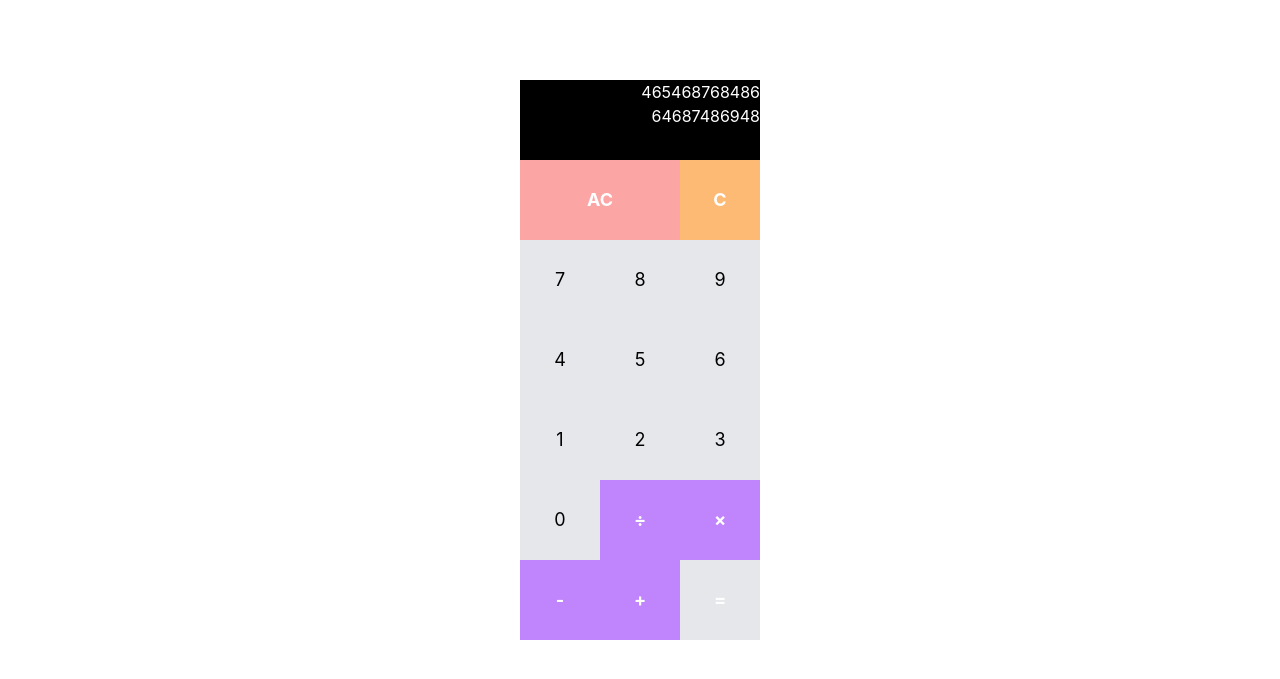
Repository: BrianPhamDev/calculator_app
Page: /
An editor plug-in stored every save of this project. The page is shown before and after the next save, followed by the edit.
The browser window is 1280 px wide. The pictures show the whole page.
The project was rebuilt for these pictures with package versions that can differ from the ones it lists, and the page was loaded fresh each time. Also part of the build but not shown: vite.config.js.

Above is the page before, as saved 2024-01-09 14:38:50.

### src/App.jsx
import Calculator from "./components/Calculator";

function App() {
  return (
    <>
      <div className="flex items-center justify-center w-screen h-screen">
        <Calculator></Calculator>
      </div>
    </>
  );
}

export default App;

### src/components/Calculator.jsx
import { calculatorButtons } from "../globals/calculator-button-data";
import { useState } from "react";

const Calculator = () => {
  const specialTypes = {
    operator: "bg-purple-400 hover:bg-purple-300 text-white font-bold",
    enter: "bg-blue-400 hover:bg-blue-300 text-white font-bold",
  };
  const specialClasses = {
    ac: "col-span-2 w-40 bg-red-300 text-white font-bold hover:bg-red-400",
    c: "bg-orange-300 text-white font-bold hover:bg-orange-400",
  };

  const [display, setDisplay] = useState();

  return (
    <div className="">
      <div className="w-60 h-20 bg-black text-white flex flex-col items-end">
        <div className="previous">465468768486</div>
        <div className="current">64687486948</div>
      </div>

      <div className="grid grid-cols-3">
        {calculatorButtons.map((button) => {
          return (
            <div
              key={button.className}
              className={`bg-gray-200 flex items-center justify-center w-20 h-20 hover:bg-slate-300 text-lg  ${
                specialClasses[button.className] || ""
              }
              ${specialTypes[button.type] || ""}`}
            >
              {button.text}
            </div>
          );
        })}
      </div>
    </div>
  );
};

export default Calculator;

### src/globals/calculator-button-data.js
export const calculatorButtons = [
  {
    type: "clear",
    className: "ac",
    text: "AC",
    value: "All Clear",
  },
  {
    type: "clear",
    className: "c",
    text: "C",
    value: "Clear",
  },
  {
    type: "number",
    className: "seven",
    text: 7,
    value: 7,
  },
  {
    type: "number",
    className: "eight",
    text: 8,
    value: 8,
  },
  {
    type: "number",
    className: "nine",
    text: 9,
    value: 9,
  },

  {
    type: "number",
    className: "four",
    text: 4,
    value: 4,
  },
  {
    type: "number",
    className: "five",
    text: 5,
    value: 5,
  },
  {
    type: "number",
    className: "six",
    text: 6,
    value: 6,
  },

  {
    type: "number",
    className: "one",
    text: 1,
    value: 1,
  },
  {
    type: "number",
    className: "two",
    text: 2,
    value: 2,
  },
  {
    type: "number",
    className: "three",
    text: 3,
    value: 3,
  },
  {
    type: "number",
    className: "zero",
    text: 0,
    value: 0,
  },
  {
    type: "operator",
    className: "divide",
    text: "\u00f7",
    value: "Divide",
  },
  {
    type: "operator",
    className: "multiply",
    text: "\u00d7",
    value: "Multiply",
  },
  {
    type: "operator",
    className: "subtract",
    text: "-",
    value: "Subtract",
  },

  {
    type: "operator",
    className: "add",
    text: "+",
    value: "Add",
  },
  {
    type: "enter",
    className: "equal",
    text: "=",
    value: "Equal",
  },
];

Loaded but not shown: index.html (common file); src/main.jsx (common file); src/index.css (common file); tailwind.config.js (common file)

After the next save:
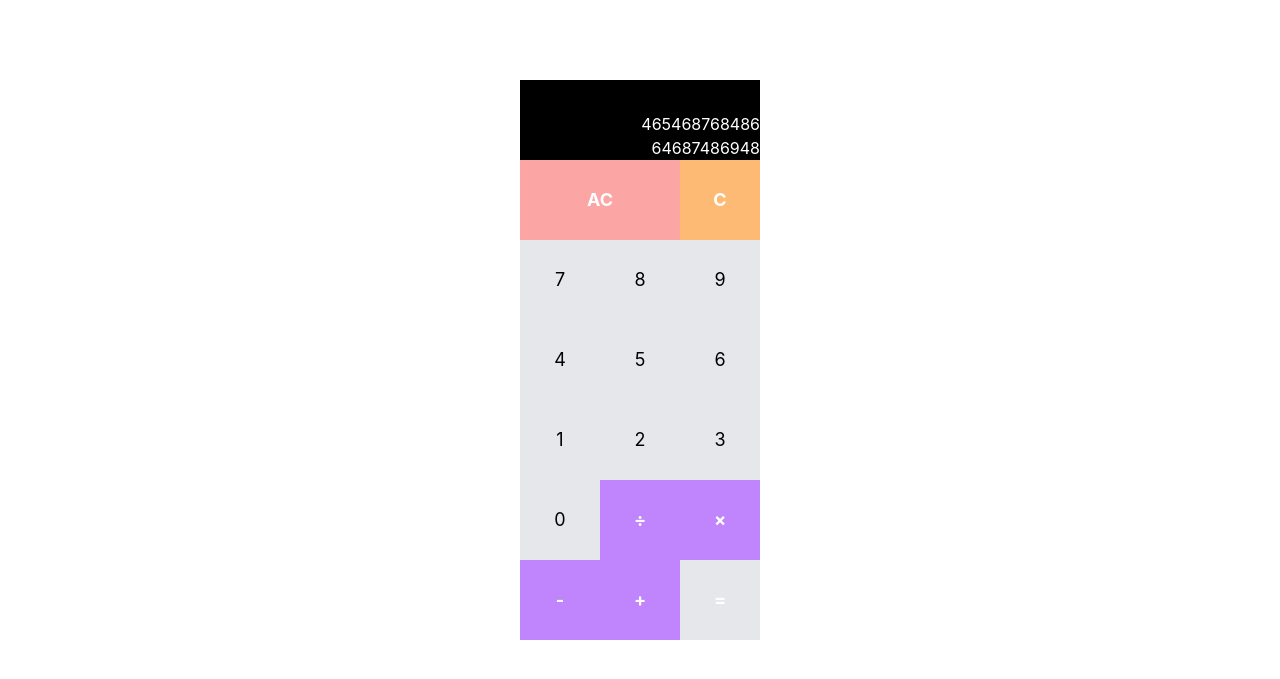
Saved 6 s later.
--- a/src/components/Calculator.jsx
+++ b/src/components/Calculator.jsx
@@ -15,7 +15,7 @@ const Calculator = () => {
 
   return (
     <div className="">
-      <div className="w-60 h-20 bg-black text-white flex flex-col items-end">
+      <div className="w-60 h-20 bg-black text-white flex flex-col items-end justify-end">
         <div className="previous">465468768486</div>
         <div className="current">64687486948</div>
       </div>
